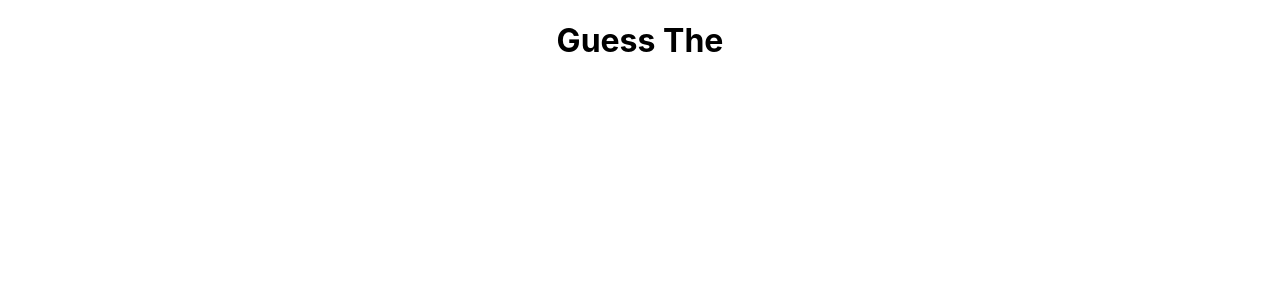
Repository: sokafootball/flags_game
Page: /
These files come from the project's save history. The page is drawn as it stood at one moment and after the next save; the edit follows.
The browser window is 1280 px wide. The pictures show the whole page.
The project was rebuilt for these pictures with package versions that can differ from the ones it lists, and the page was loaded fresh each time. Also part of the build but not shown: src/components/Title.css, src/components/Game.css.

Above is the page before, as saved 2019-01-24 12:17:42.

### src/App.js
import React, { Component } from 'react';
import './App.css';
import Title from './components/Title'
import Game from './components/Game'

class App extends Component {
  render() {
    return (
      <div className="App">
        <Title />
        <Game />
      </div>
    );
  }
}

export default App;

### src/components/Title.js
import React from 'react'
import './Title.css'

const Title = (props) => {
  return(
    <div className="title">
      <h1>Guess The </h1>
    </div>
  )
}

export default Title

### src/components/Game.js
import React from 'react'
import './Game.css'

const Game = (props) => {
  return(
    <div>

    </div>
  )
}

export default Game

Loaded but not shown: public/index.html (common file); src/index.js (common file); src/index.css (common file); src/serviceWorker.js (common file); src/App.css (common file)

After the next save:
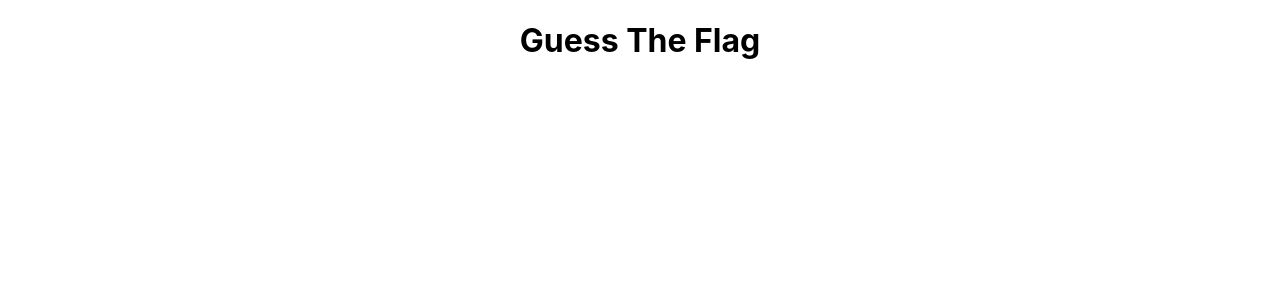
Saved 12 s later.
--- a/src/components/Title.js
+++ b/src/components/Title.js
@@ -4,7 +4,7 @@ import './Title.css'
 const Title = (props) => {
   return(
     <div className="title">
-      <h1>Guess The </h1>
+      <h1>Guess The Flag</h1>
     </div>
   )
 }
